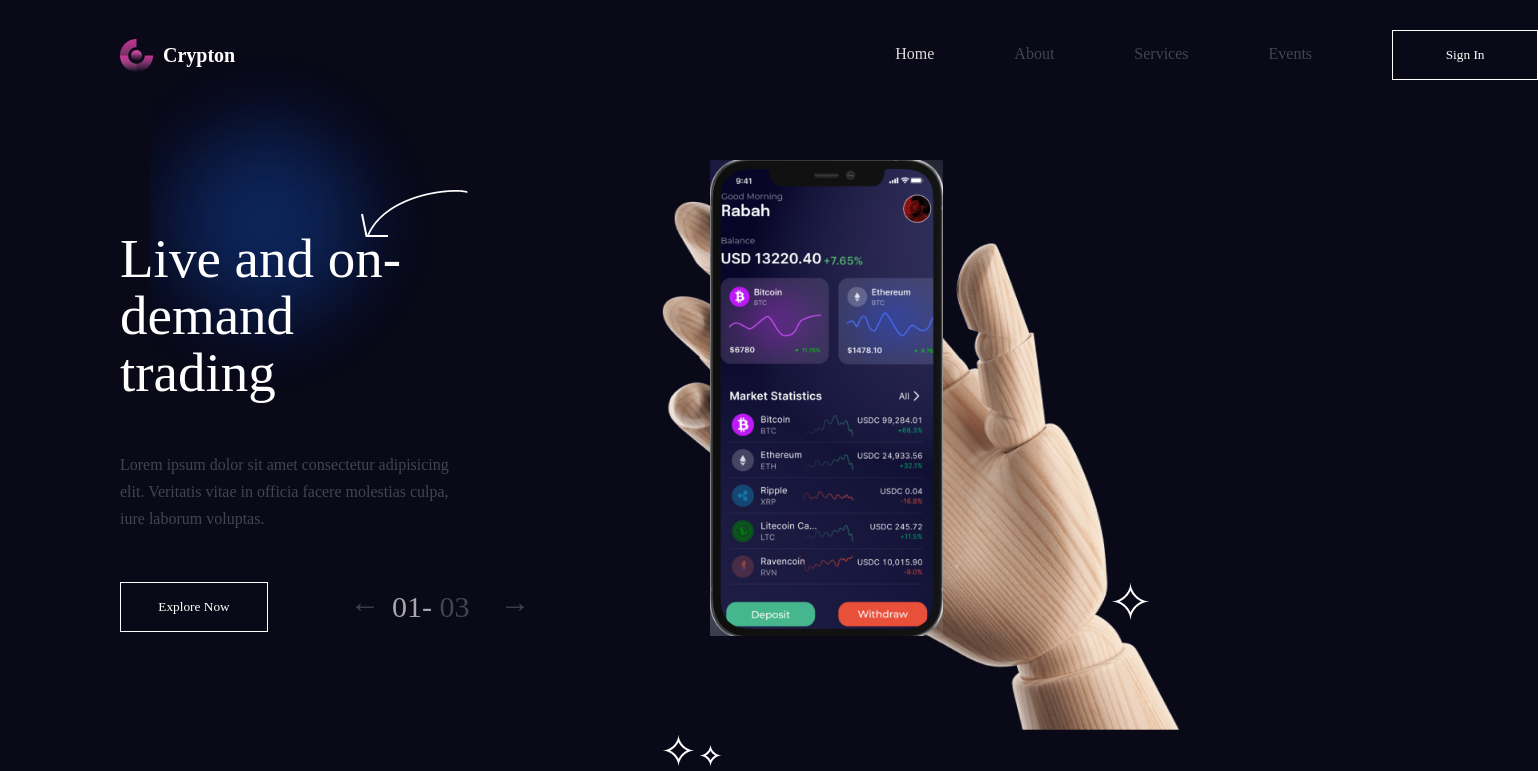
Repository: isaacCodes1/Crypton-Website
Page: index.html
These files come from the project's save history. The page is drawn as it stood at one moment and after the next save; the edit follows.
The browser window is 1280 px wide. The page is 1538 px wide, so the pictures cover 1538 px, including what lies to the right of the window. The pictures show the whole page.

Above is the page before, as saved 2024-05-14 21:11:50.

After the next save:
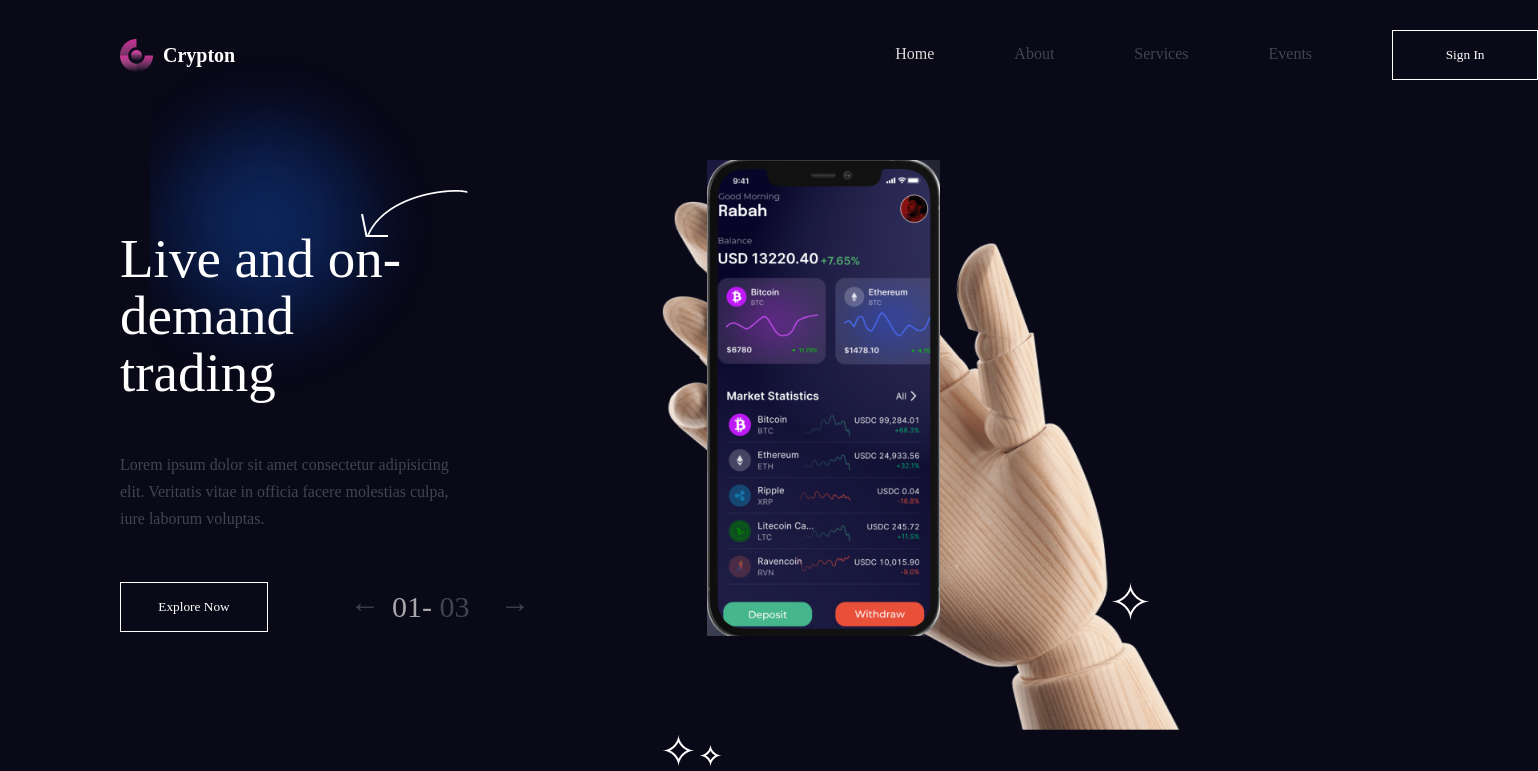
Saved 6 s later.
--- a/style.css
+++ b/style.css
@@ -143,7 +143,7 @@ body{
 }
 .wood{
     position: absolute;
-    right: 237px;
+    right: 240px;
     top: -30px;
     width: 45%;
 }
